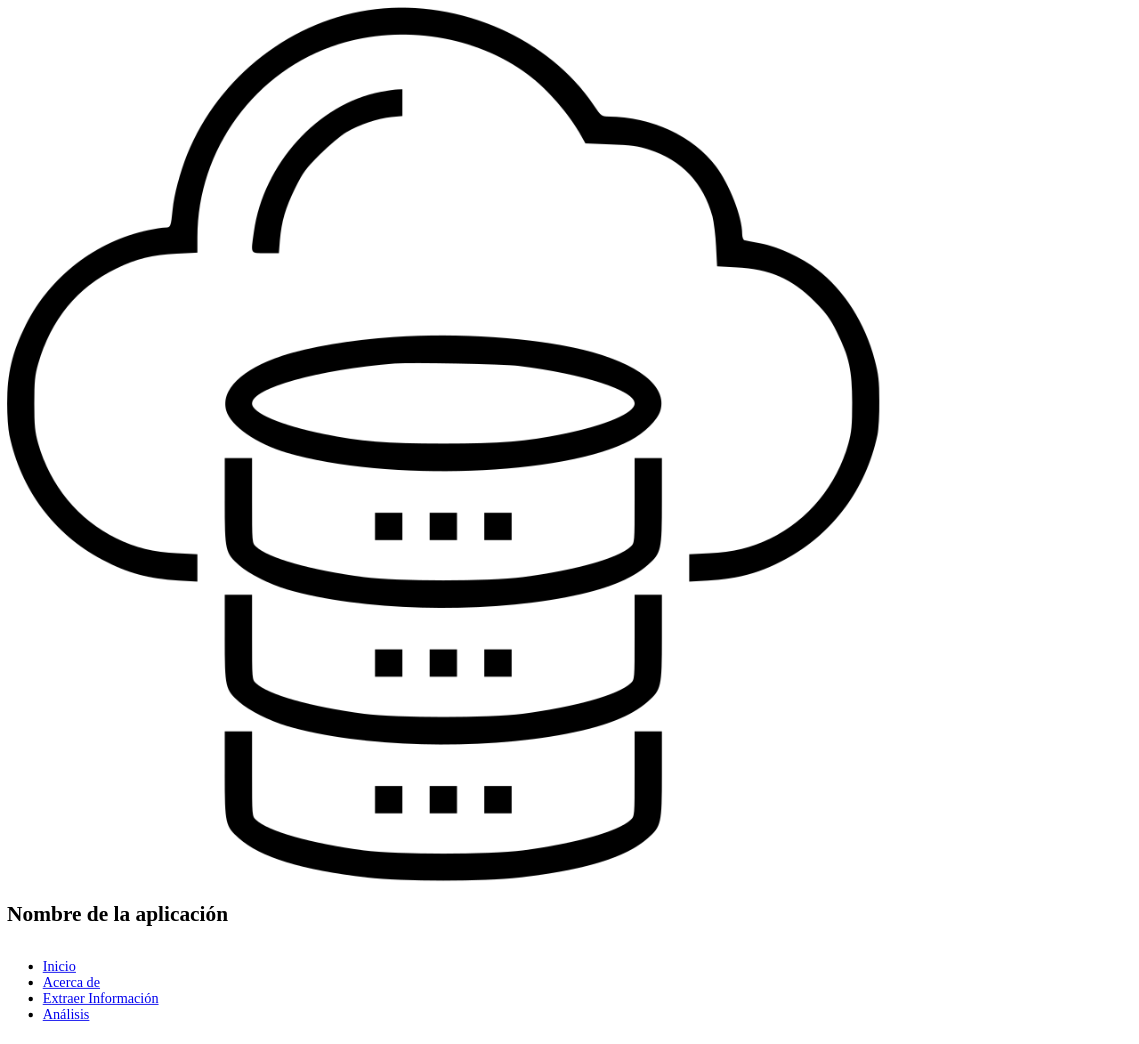
Repository: marcoBartolo55/data_analysis_app_-dev_project
Page: http://localhost/
An editor plug-in stored every save of this project. The page is shown before and after the next save, followed by the edit.
The browser window is 1280 px wide. The pictures show the whole page, at 89% of full size.
The page is served by the project's application, run on Flask 3 (app/app.py). Other server files are loaded and not shown.

Above is the page before, as saved 2025-10-19 22:25:10.

### templates/index.html
<!DOCTYPE html>
<html lang="en">

<head>
    <meta charset="UTF-8">
    <meta name="viewport" content="width=device-width, initial-scale=1.0">
    <link rel="stylesheet" href="/static/styles/index.css">
    <title>Inicio</title>
</head>

<body>
    <div class="main-div">
        <div class="logo-div">
            <img class="logo-img" src="../static/images/logo.png" alt="Logo">
        </div>
        <div class="title-div">
            <h2>Nombre de la aplicación</h2>
        </div>

        <div class="side-bar">
            <nav>
                <ul>
                    <li><a href="index.html">Inicio</a></li>
                    <li><a href="about.html">Acerca de</a></li>
                    <li><a href="data.html">Extraer Información</a></li>
                    <li><a href="chart.html">Análisis</a></li>
                </ul>
            </nav>
        </div>
        <div class="content-area">

        </div>
    </div>
</body>
</html>

### app/app.py
from flask.templating import render_template
from flask import Flask
import os

BASE_DIR = os.path.abspath(os.path.dirname(__file__))

app = Flask(__name__,
            template_folder=os.path.join(BASE_DIR, '../templates'),
            static_folder=os.path.join(BASE_DIR, '../static')
           )
@app.route('/')
def index():
    return render_template('index.html')

if __name__ == '__main__':
    app.run(debug=True)

### static/styles/index.css
.main-content{
    margin-left: 250px;
}

.side-bar{
    display: grid;
    grid-template-columns: 1fr;
}

.main-content{
    margin-left: 0;
}

After the next save:
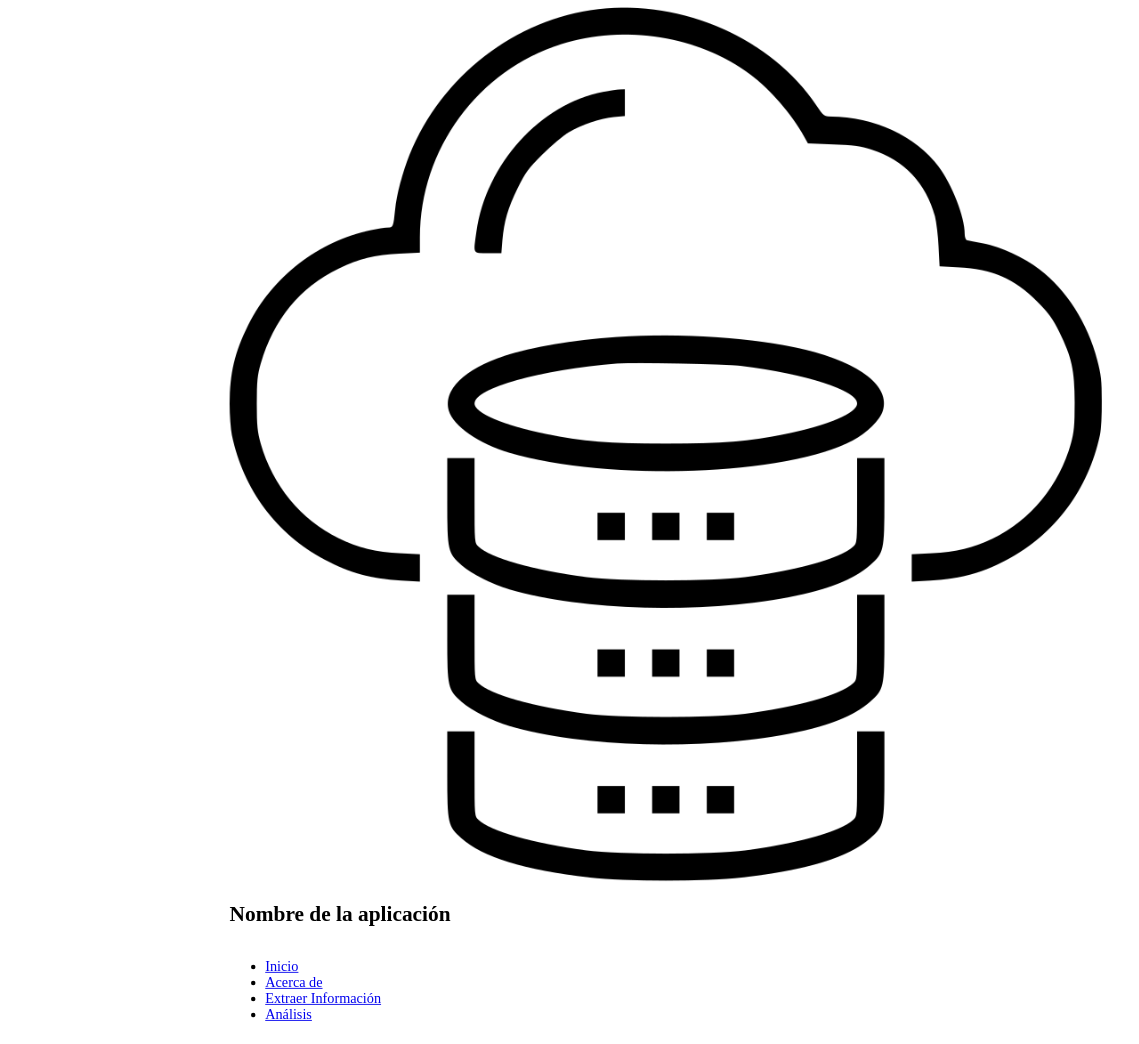
Saved 11 s later.
--- a/static/styles/index.css
+++ b/static/styles/index.css
@@ -1,4 +1,4 @@
-.main-content{
+.main-div{
     margin-left: 250px;
 }
 
